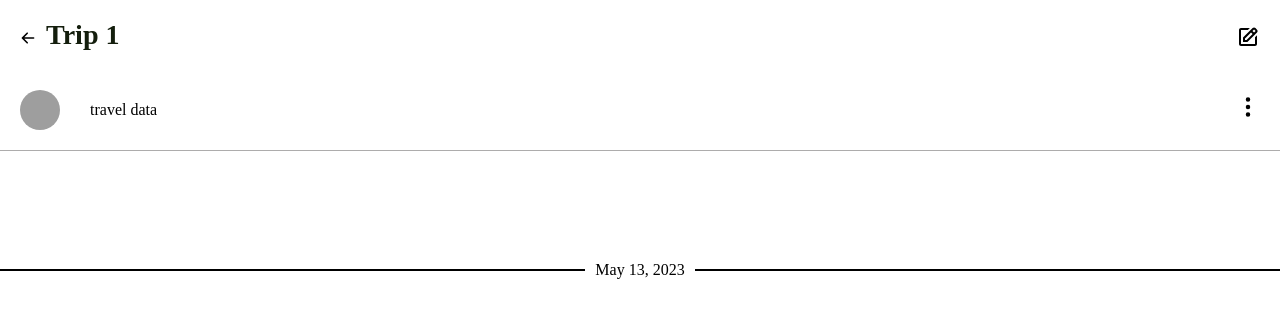
Repository: Abhi2359/PWA_Corider
Page: /
An editor plug-in stored every save of this project. The page is shown before and after a run of saves, followed by the edit.
The browser window is 1280 px wide. The pictures show the whole page.
Pictures or frames that could not be fetched are drawn as grey boxes. The page's requests for data from a server got no answer. The project was rebuilt for these pictures with package versions that can differ from the ones it lists, and the page was loaded fresh each time. No one was signed in, and anything a server would have sent is missing. Also part of the build but not shown: vite.config.js.

Above is the page before, as saved 2023-05-13 02:44:03.

### src/App.jsx
import { useEffect, useState } from 'react';
import './App.css'
import { fetchData } from './api/fetchData'
import Header from './Header';

function App() {
  const [data, setData] = useState([]);
  const [isLoading, setIsLoading] = useState(false);
  const [error, setError] = useState(null);

  useEffect(() => {
    const fetchDataFromApi = async () => {
      setIsLoading(true);

      try {
        const apiData = await fetchData();
        setData(apiData);
      } catch (error) {
        setError(error.message);
      }

      setIsLoading(false);
    };

    fetchDataFromApi();
  }, []);



  return (
    <>
    <div>
    <Header/>
    </div>
    </>
  )
}

export default App

### src/App.css
*{
    margin: 0;
    padding: 0;
    box-sizing: border-box;
}

/* Header css */
.trip{
    display: flex;
    align-items: center;
    justify-content: space-between;
    margin: 10px;
    padding: 10px;
}
.icon {
    margin-right: 10px;
  }

  .trip_no {
    margin-right: auto;
    margin-bottom: 10px;
    width: 275px;
height: 30px;

font-family: 'Mulish';
font-style: normal;
font-weight: 700;
font-size: 24px;
line-height: 30px;

color: #141E0D;
  }

  .edit_icon {
    margin-left: 10px;
   font-size: 24px;
  }


  .trip_details{
    display: flex;
    align-items: center;
    justify-content: space-between;
    margin: 10px;
    padding: 10px;
}

.user_icon {
    width: 40px;
    height: 40px;
    border-radius: 50%;
    overflow: hidden;
    margin-right: 30px;
  }

  .user_icon img {
    width: 100%;
    height: 100%;
    object-fit: cover;
  }


.travel_data{
    margin-right: auto;
}

.dot_icon{
    margin-left: 10px;
    font-size: 24px;
}
.line {
    border-top: 0.5px solid #adacac;
    margin: 10px 0;
    padding-bottom: 100px;
  }

  .date_container {
    display: flex;
    align-items: center;
  }

  .date-line {
    flex-grow: 1;
 height: 1px;
 border: 1px solid ;
  }

  .date {
    margin: 0 10px;
  }

### src/api/fetchData.js
import axios from "axios";

const API_URL = "http://3.111.128.67/assignment/chat";

export const fetchData = async (page) => {
    try {
      const response = await axios.get(API_URL, {
        params: { page },
      });
      return response.data;
    } catch (error) {
      throw new Error('Error while fetching data');
    }
  };

### src/Header.jsx
import React from "react";
import { HiArrowLeft } from "react-icons/hi";
import { BiEdit } from "react-icons/bi";
import { BsThreeDotsVertical } from "react-icons/bs";
import styles from "./App.css";
const Header = () => {
  return (
    <>
      <div className="header">
        <div className="trip">
          <div className="icon">
            <HiArrowLeft />
          </div>
          <div className="trip_no">
            <h3>Trip 1</h3>
          </div>
          <div className="edit_icon">
            <BiEdit />
          </div>
        </div>
        <div className="trip_details">
          <div className="user_icon">
            <img
              src="https://fastly.picsum.photos/id/1072/160/160.jpg?hmac=IDpbpA5neYzFjtkdFmBDKXwgr-907ewXLa9lLk9JuA8"
              alt=""
            />
          </div>
          <div className="travel_data">travel data</div>
          <div className="dot_icon">
            <BsThreeDotsVertical />
          </div>
        </div>
        <div className="line"></div>
        <div className="date_container">
          <div className="date-line"></div>
          <div className="date">May 13, 2023</div>
          <div className="date-line"></div>
        </div>
      </div>
    </>
  );
};

export default Header;

Loaded but not shown: index.html (common file); src/main.jsx (common file)

After the next 2 saves:
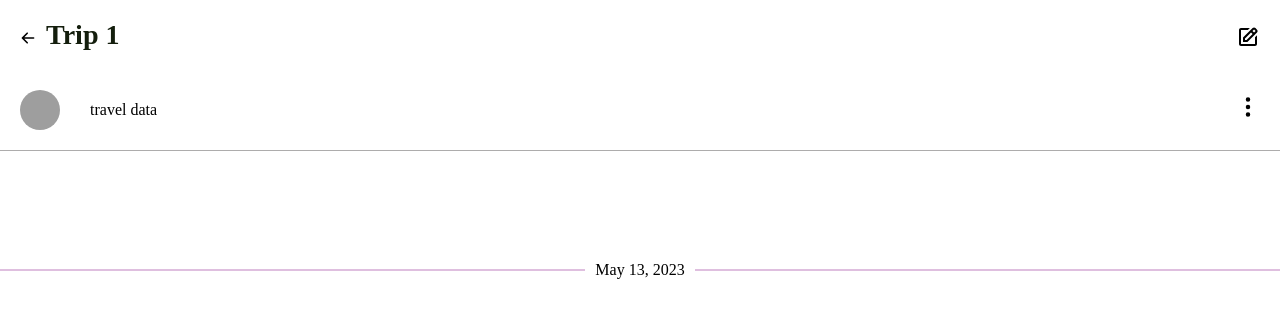
The 2 saves are shown as one change because they came seconds apart.
The last was saved 6 s later.
--- a/src/App.css
+++ b/src/App.css
@@ -82,7 +82,7 @@ color: #141E0D;
   .date-line {
     flex-grow: 1;
  height: 1px;
- border: 1px solid ;
+ border: 1px solid #B7B7;
   }
 
   .date {
